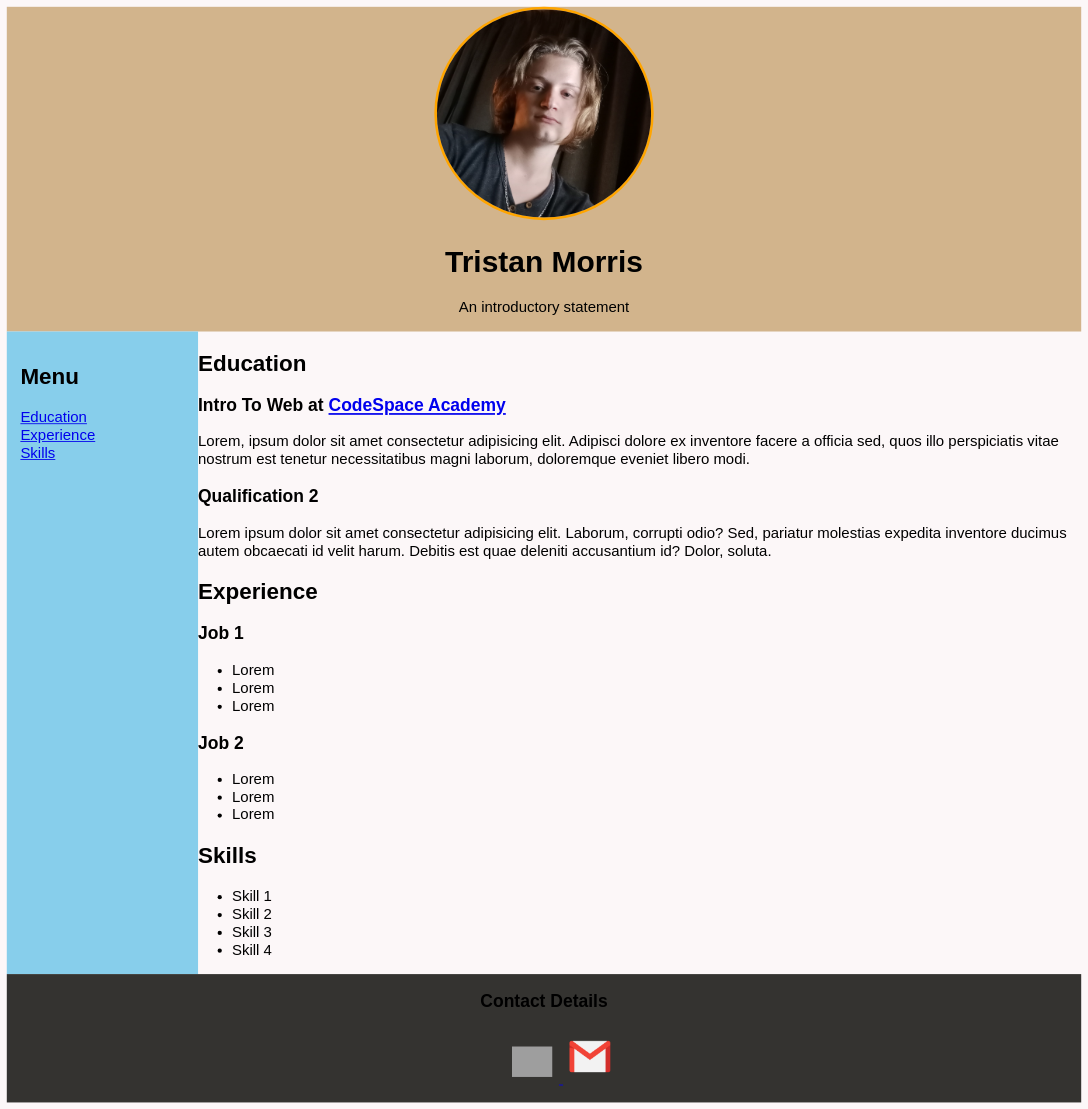
Repository: TristanKMorris/introToWebDesignAssignment
Page: resume1.html
These files come from the project's save history. The page is drawn as it stood at one moment and after the next save; the edit follows.
The browser window is 1280 px wide. The pictures show the whole page, at 85% of full size.
Pictures or frames that could not be fetched are drawn as grey boxes.

Above is the page before, as saved 2022-06-02 19:34:31.

### resume1.html

<!DOCTYPE html>
<html
  <head>
    <title>My first web page</title>

    <link rel="stylesheet" type="text/css" href="css/stylesheet.css">
  </head>

  <body>

  <header id="heading">
        <img src="images/tristanPortrait.jpg"
        alt="Tristan Morris Portrait"
        id="profilePhoto"/>
        <h1>Tristan Morris</h1>
        <p>An introductory statement</p>

  </header>

<main class="main">

     <div id="sidebar">
  <nav>

    <h2>Menu</h2>

    <ul class="navMenu">
      <li><a href="#education">Education</a></li>
      <li><a href="#experience">Experience</a></li>
      <li><a href="#skills">Skills</a></li>
    </ul>
  </nav>

  </div>

  <div class="content">

    <h2 id="education">Education</h2>
    <h3>
      Intro To Web at <a href="http://codespace.co.za/">CodeSpace Academy</a>
    </h3>
    <p>
      Lorem, ipsum dolor sit amet consectetur adipisicing elit. Adipisci dolore
      ex inventore facere a officia sed, quos illo perspiciatis vitae nostrum
      est tenetur necessitatibus magni laborum, doloremque eveniet libero modi.
    </p>
    <h3>Qualification 2</h3>
    <p>
      Lorem ipsum dolor sit amet consectetur adipisicing elit. Laborum, corrupti
      odio? Sed, pariatur molestias expedita inventore ducimus autem obcaecati
      id velit harum. Debitis est quae deleniti accusantium id? Dolor, soluta.
    </p>
    <h2 id="experience">Experience</h2>
    <h3>Job 1</h3>
    <ul>
      <li>Lorem</li>
      <li>Lorem</li>
      <li>Lorem</li>
    </ul>
    <h3>Job 2</h3>
    <ul>
      <li>Lorem</li>
      <li>Lorem</li>
      <li>Lorem</li>
    </ul>
    <h2 id="skills">Skills</h2>
    <ul>
      <li>Skill 1</li>
      <li>Skill 2</li>
      <li>Skill 3</li>
      <li>Skill 4</li>
    </ul>

    </div>
</main>

<footer>

      <h3>Contact Details</h3>
      <ul>
         <a href="http://www.instagram.com/tristan_k_morris">
           <img class="icons" src="images/instagramIcon.png" alt="Tristan Morris Instagram">

         </a>
         <a href="http://mail.google.com">
           <img class="icons" src="images/gmailIcon.png" alt="Tristan Morris Email">
         </a>
      </ul>

    </footer>


  </body>
</html>

### css/stylesheet.css
body{
  font-family: sans-serif;
  font-size:110%;
  background-color: #FCF7F8;
  display: flex;
  flex-direction: column;
}

.main{
  display: flex;
  flex-direction: row;
  overflow: unset;
}

#profilePhoto{
  width: 20%;
  height: 20%;
  border-radius: 50%;
  border: 3px solid orange;
}

header {
  text-align: center;
  justify-content: center;
}
#heading{
  font-family: sans-serif;
  font: size 110%;
  background-color: tan;
}

footer {
  background-color: #343330;
  text-align: center;
}
#sidebar{
  width: 25%;
  background-color: skyblue;
  padding: 1rem;
  color: black;
}
.navMenu{
  list-style-type: none;
  padding: 0%;
}

.icons{
  width: 3rem;
  margin: 0.5rem;
  height: auto;
}

After the next save:
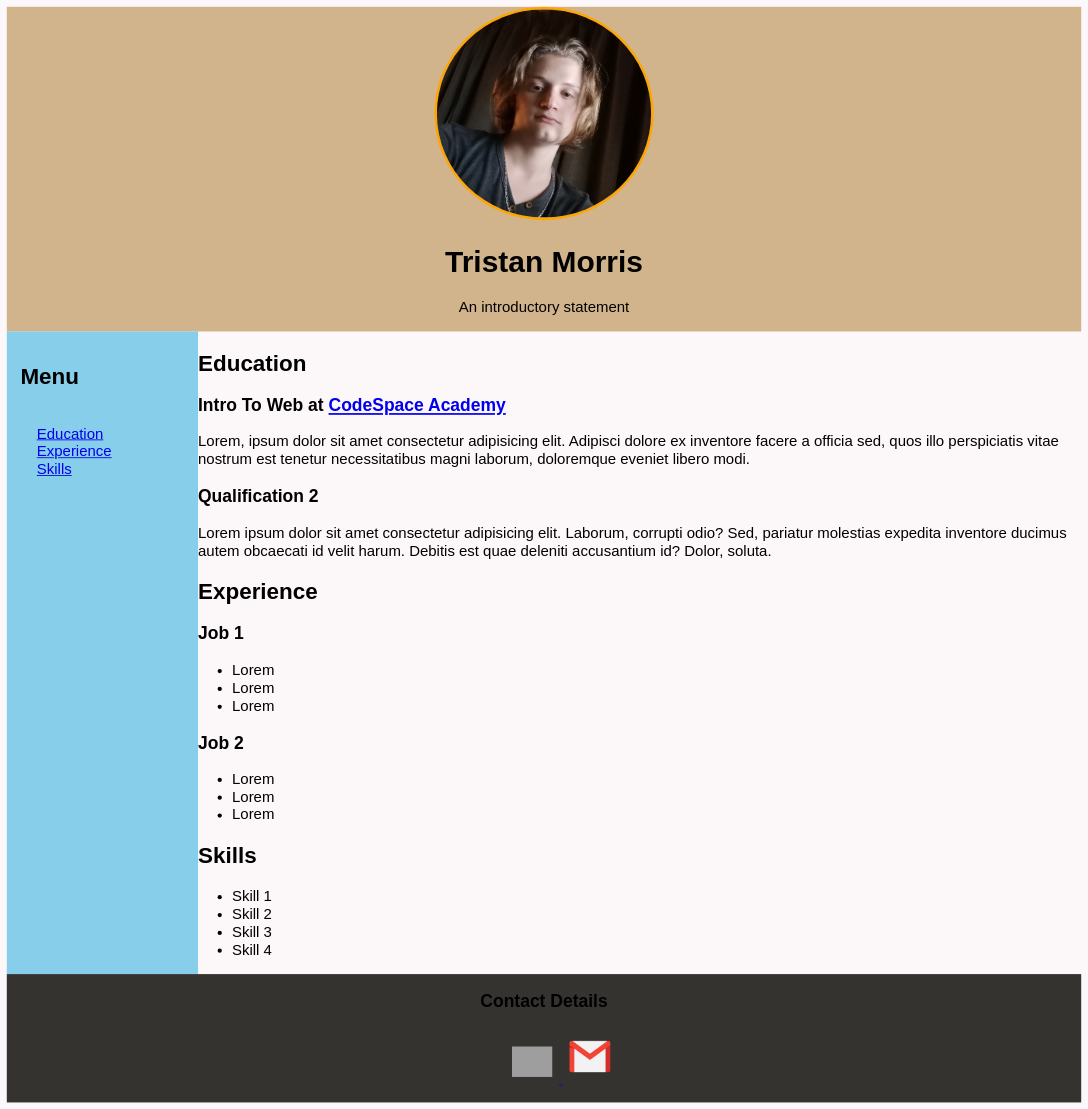
Saved 29 min 19 s later.
--- a/css/stylesheet.css
+++ b/css/stylesheet.css
@@ -41,7 +41,7 @@ footer {
 }
 .navMenu{
   list-style-type: none;
-  padding: 0%;
+  padding: 10%;
 }
 
 .icons{
